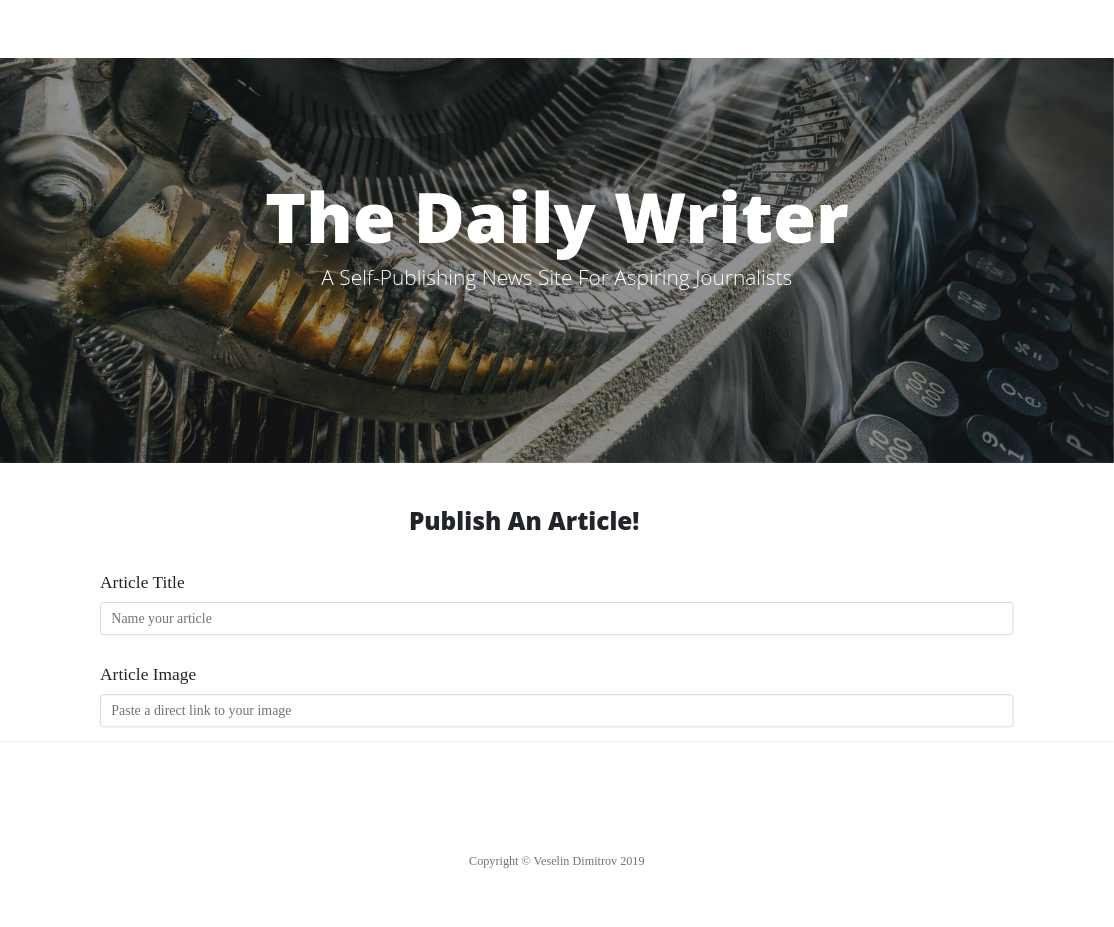
Repository: Vesss/Blog-Project
Page: http://localhost/post
The author's editor kept a record of every edit. The page is drawn from the files as they stood at one moment, then again after the next edit.
The browser window is 1280 px wide. The pictures show the whole page, at 87% of full size.
The page is served by the project's application, run on Flask 3 (app.py). Other server files are loaded and not shown.

Above is the page before.

### templates/post.html
{% extends 'base.html' %} {% block content %}
<div class="container">
    <div class="row justify-content-center">
        <h3 class="col-sm-4">Publish An Article!</h3>
    </div>
</div>

<br />

<div class="container">
    <div class="row">
        <form action="" method="POST" class="col-sm-12">
            <div class="col">
                <label for="article">Article Title</label>
                <input type="text" class="form-control" placeholder="Name your article">
            </div>

            <br />

            <div class="col">
                <label for="image">Article Image</label>
                <input type="text" class="form-control" placeholder="Paste a direct link to your image">
            </div>
        </form>
    </div>
</div>
{% endblock %}

### templates/base.html
<!DOCTYPE html>
<html lang="en">
<head>
    <meta charset="UTF-8">
    <meta name="viewport" content="width=device-width, initial-scale=1.0">
    <meta http-equiv="X-UA-Compatible" content="ie=edge">
    <link rel="stylesheet" href="{{ url_for('static', filename='vendor/bootstrap/css/bootstrap.min.css') }}" type="text/css" />
    <link rel="stylesheet" href="{{ url_for('static', filename='css/clean-blog.min.css') }}" type="text/css" />
    <link rel="stylesheet" href="{{ url_for('static', filename='css/style.css') }}" type="text/css" />
    <title>The Daily Writer</title>
</head>
<body>
    <nav class="navbar navbar-expand-lg navbar-light fixed-top" id="mainNav">
    <div class="container">
      <a class="navbar-brand" href="{{ url_for('index') }}">The Daily Writer</a>
      <button class="navbar-toggler navbar-toggler-right" type="button" data-toggle="collapse" data-target="#navbarResponsive" aria-controls="navbarResponsive" aria-expanded="false" aria-label="Toggle navigation">
        Menu
        <i class="fas fa-bars"></i>
      </button>
      <div class="collapse navbar-collapse" id="navbarResponsive">
        <ul class="navbar-nav ml-auto">
          <li class="nav-item">
            <a class="nav-link" href="{{ url_for('index') }}">Home</a>
          </li>
          <li class="nav-item">
            <a class="nav-link" href="{{ url_for('about') }}">About</a>
          </li>
          <li class="nav-item">
            <a class="nav-link" href="{{ url_for('post') }}">Post</a>
          </li>
          <li class="nav-item">
            <a class="nav-link" href="{{ url_for('contact') }}">Contact Us</a>
          </li>
          <li class="nav-item">
            <a class="nav-link" href="{{ url_for('articles') }}">Articles</a>
          </li>
        </ul>
      </div>
    </div>
  </nav>

  <!-- Page Header -->
  <header class="masthead" style="background-image: url('{{ url_for('static', filename='img/the_engine_of_history.jpg') }}')">
    <div class="overlay"></div>
    <div class="container">
      <div class="row">
        <div class="col-lg-8 col-md-10 mx-auto">
          <div class="site-heading">
            <h1>The Daily Writer</h1>
            <span class="subheading">A Self-Publishing News Site For Aspiring Journalists</span>
          </div>
        </div>
      </div>
    </div>
  </header>

  <!-- Main Content -->
  <div class="container">

    {% block content %}
    {% endblock %}

  </div>

  <hr>

  <!-- Footer -->
  <footer>
    <div class="container">
      <div class="row">
        <div class="col-lg-8 col-md-10 mx-auto">
          <ul class="list-inline text-center">
            <li class="list-inline-item">
              <a href="#">
                <span class="fa-stack fa-lg">
                  <i class="fas fa-circle fa-stack-2x"></i>
                  <i class="fab fa-twitter fa-stack-1x fa-inverse"></i>
                </span>
              </a>
            </li>
            <li class="list-inline-item">
              <a href="#">
                <span class="fa-stack fa-lg">
                  <i class="fas fa-circle fa-stack-2x"></i>
                  <i class="fab fa-facebook-f fa-stack-1x fa-inverse"></i>
                </span>
              </a>
            </li>
            <li class="list-inline-item">
              <a href="#">
                <span class="fa-stack fa-lg">
                  <i class="fas fa-circle fa-stack-2x"></i>
                  <i class="fab fa-github fa-stack-1x fa-inverse"></i>
                </span>
              </a>
            </li>
          </ul>
          <p class="copyright text-muted">Copyright &copy; Veselin Dimitrov 2019</p>
        </div>
      </div>
    </div>
  </footer>

  <!-- Bootstrap core JavaScript -->
  <script src="{{ url_for('static', filename='vendor/jquery/jquery.min.js') }}"></script>
  <script src="{{ url_for('static', filename='vendor/bootstrap/js/bootstrap.bundle.min.js') }}"></script>

  <!-- Custom scripts for this template -->
  <script src="{{ url_for('static', filename='js/clean-blog.min.js') }}"></script>

</body>
</html>

### app.py
import os
from flask import Flask, render_template, redirect, request, url_for
from flask_pymongo import PyMongo
from bson.objectid import ObjectId
from flask_mail import Mail
from flask_mail import Message


app = Flask(__name__)

app.config["MONGO_DBNAME"] = "blog_project"
app.config["MONGO_URI"] = "mongodb+srv://root:maniac93@myfirstcluster-ilypv.mongodb.net/blog_project?retryWrites=true&w=majority"
app.config["DEBUG"] = True
app.config["TESTING"] = False
app.config["MAIL_SERVER"] = "smtp.gmail.com"
app.config["MAIL_PORT"] = 587
app.config["MAIL_USE_TLS"] = True
app.config["MAIL_USE_SSL"] = False
# app.config["MAIL_DEBUG"] = True
app.config["MAIL_USERNAME"] = None
app.config["MAIL_PASSWORD"] = None
app.config["MAIL_DEFAULT_SENDER"] = "blitzermann4@gmail.com"
app.config["MAIL_MAX_EMAILS"] = 5
app.config["MAIL_SUPPRESS_SEND"] = False
app.config["MAIL_ASCII_ATTACHMENTS"] = False

mail = Mail(app)

mongo = PyMongo(app)

@app.route("/")
def index():
    return render_template("index.html")

@app.route("/about")
def about():
    return render_template("about.html", about=mongo.db.about_information.find())

@app.route("/contact")
def contact():
    return render_template("contact.html")

@app.route("/post")
def post():
    return render_template("post.html")

# @app.route("/add_article")
# def add_article():

@app.route("/articles")
def articles():
    return render_template("articles.html")

@app.route("/send", methods=["GET", "POST"])
def send():
    msg = Message("Hi there", recipients=["ves.dimitrov121@gmail.com"])
    mail.send(msg)
    if request.method == "POST":
        return 'Form posted.'
    elif request.method == "GET":
        return render_template('contact.html')


if __name__ == "__main__":
    app.run(host=os.environ.get("IP"),
            port=int(os.environ.get("PORT")),
            debug=True)

### static/css/style.css
.contact-form{
    background:rgba(0,0,0, .3);
    color:white;
    margin-top: 100px;
    padding: 20px;
    box-shadow: 0px 0px 10px 3px grey;
}

hr {
    background: white;
}

Loaded but not shown: static/css/clean-blog.min.css (library); static/js/clean-blog.min.js (common file)

After the next edit:
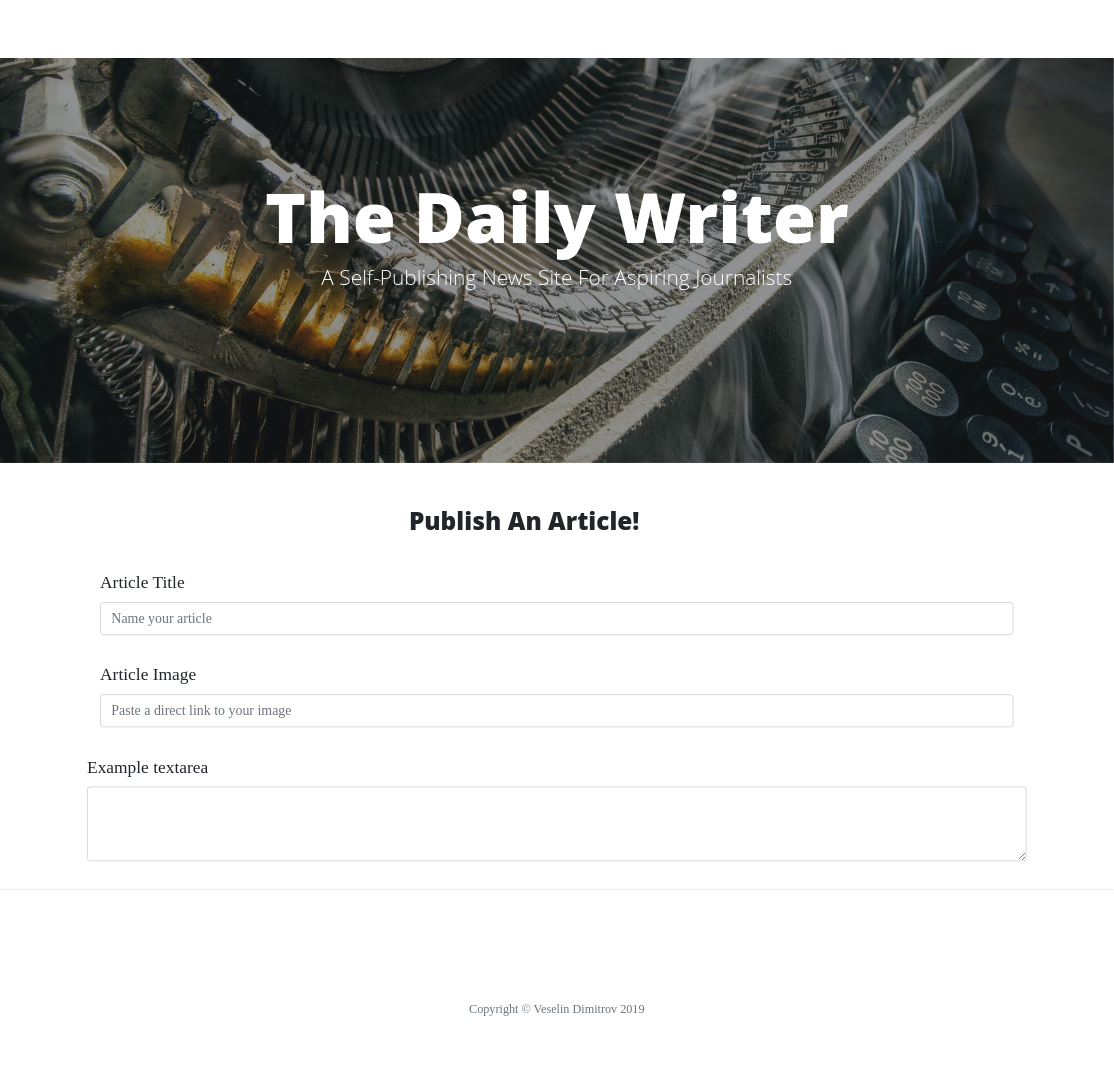
The edit:
--- a/templates/post.html
+++ b/templates/post.html
@@ -21,6 +21,13 @@
                 <label for="image">Article Image</label>
                 <input type="text" class="form-control" placeholder="Paste a direct link to your image">
             </div>
+
+            <br />
+
+            <div class="form-group">
+                <label for="exampleFormControlTextarea1">Example textarea</label>
+                <textarea class="form-control" id="exampleFormControlTextarea1" rows="3"></textarea>
+            </div>
         </form>
     </div>
 </div>
